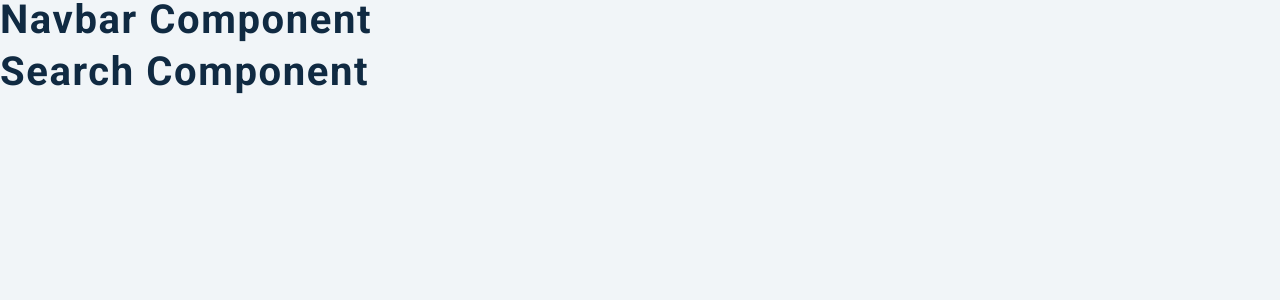
Repository: MateuszWorek/react-search-github-users
Page: /
These files come from the project's save history. The page is drawn as it stood at one moment and after the next save; the edit follows.
The browser window is 1280 px wide. The pictures show the whole page.
The project was rebuilt for these pictures with package versions that can differ from the ones it lists, and the page was loaded fresh each time. Also part of the build but not shown: src/components/Charts/ExampleChart.js, src/components/Charts/Column3D.js, src/components/Charts/Bar3D.js, src/components/Charts/Pie3D.js, src/components/Charts/Doughnut2d.js, src/components/Charts/index.js, src/components/Repos.js, src/components/Card.js and 6 more.

Above is the page before, as saved 2021-01-25 20:59:21.

After the next save:
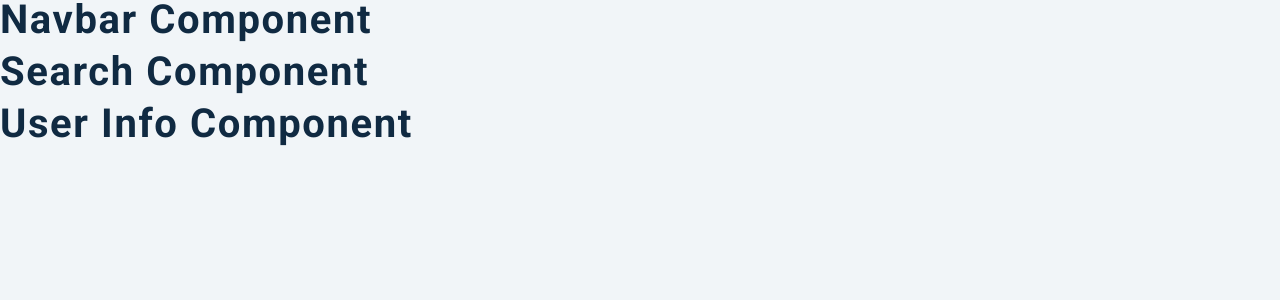
Saved 7 s later.
--- a/src/pages/Dashboard.js
+++ b/src/pages/Dashboard.js
@@ -7,6 +7,7 @@ const Dashboard = () => {
     <main>
       <Navbar></Navbar>
       <Search></Search>
+      <Info></Info>
     </main>
   );
 };
